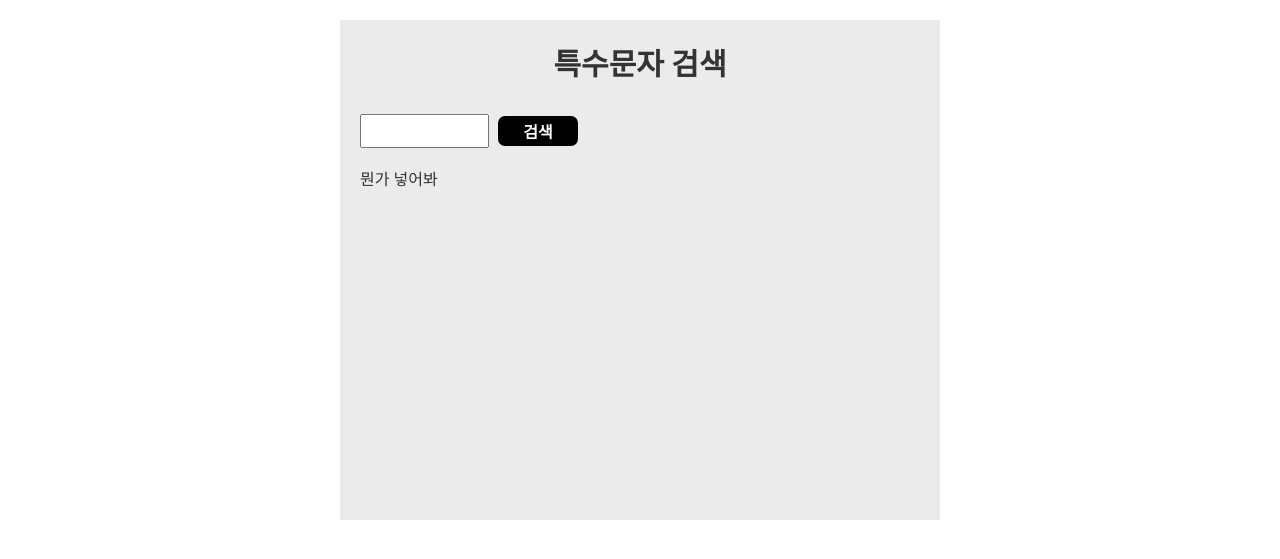
Repository: god5228god/Jsp
Page: WebApp03/WebContent/Test031.html
The author's editor kept a copy of each file at every save. The page is drawn from the files as they stood at one save, then again after the next save.
The browser window is 1280 px wide. The pictures show the whole page.

Above is the page before, as saved 2026-02-25 06:59:03.

### WebApp03/WebContent/Test031.html
<!DOCTYPE html>
<html>
<head>
<meta charset="UTF-8">
<title>Test031.html</title>
<style type="text/css">
	* {	padding: 0; margin: 0; font-size: 16px; color: #333;}
	.btn{
			position: relative; top: 2px; left: 5px;
			width: 80px; height: 30px; font-weight: bold;
			border: none; border-radius: 7px;
			background-color: #000; color: #fff;

		}
	.btn:hover{ border: 2px solid #000; color: #000; background-color: #fff;}
	.searchWrap{
				width: 600px; height: 500px;
				background-color: #ebebeb;
				margin: 20px auto;
				padding: 20px; box-sizing: border-box;
				}
	h2{font-size: 30px; text-align: center; margin-bottom: 30px;}
	.txt{height: 30px; width: 120px; padding-left: 5px;}
</style>
<script type="text/javascript">
	function searchEmoji()
	{
		window.open("Test032.html", "test", "width=500, height=400");
	}
</script>
</head>
<body>
<div class="searchWrap">
	<h2>특수문자 검색</h2>
	<form>
		<input type="text" id="emoji" readonly="readonly"  class="txt" />
		<input type="button" class="btn" value="검색" onclick="searchEmoji()" />
		<br><br>


		<span id="textContent" >
			뭔가 넣어봐
		</span>
	</form>
</div>
</body>
</html>

After the next save:
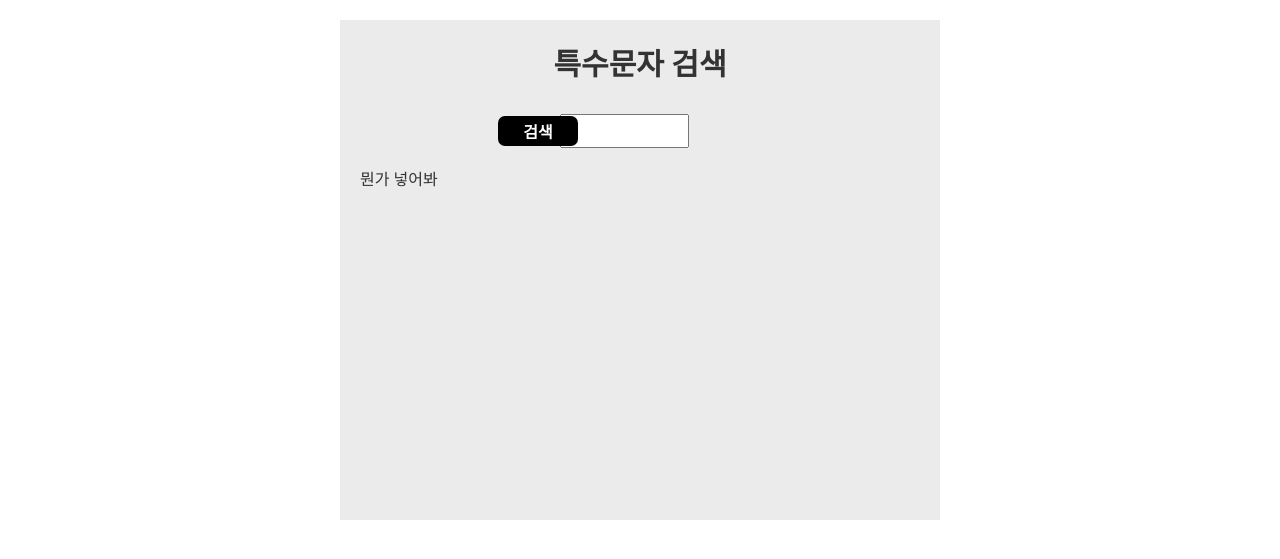
Saved 30 s later.
--- a/WebApp03/WebContent/Test031.html
+++ b/WebApp03/WebContent/Test031.html
@@ -21,6 +21,7 @@
 				}
 	h2{font-size: 30px; text-align: center; margin-bottom: 30px;}
 	.txt{height: 30px; width: 120px; padding-left: 5px;}
+	input{position: relative; left: 200px;}
 </style>
 <script type="text/javascript">
 	function searchEmoji()
